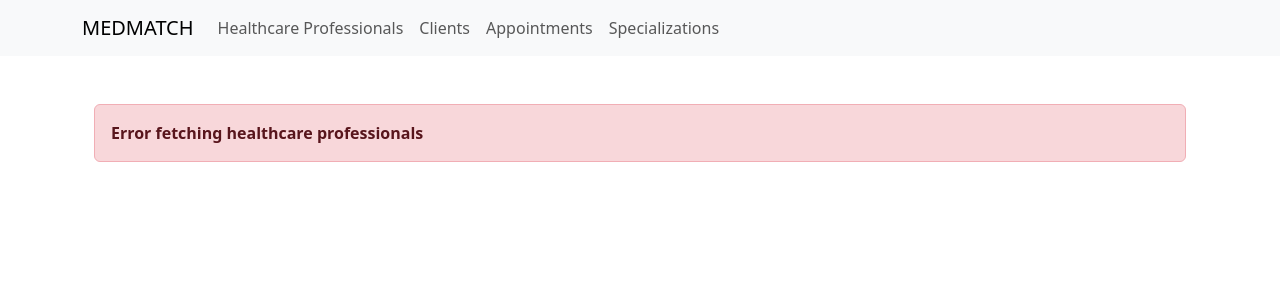
Repository: fahma20/medmatch-platform
Page: /healthcare-professionals (app in client/)
The author's editor kept a copy of each file at every save. The page is drawn from the files as they stood at one save, then again after the next save.
The browser window is 1280 px wide. The pictures show the whole page.
The page's requests for data from a server got no answer. The project was rebuilt for these pictures with package versions that can differ from the ones it lists, and the page was loaded fresh each time. No one was signed in, and anything a server would have sent is missing. Also part of the build but not shown: client/src/components/Specializations.js, client/src/components/Appointments.js, client/src/components/Clients.js, client/src/components/Homepage.js.

Above is the page before, as saved 2025-02-02 07:24:20.

### client/public/index.html
<!DOCTYPE html>
<html lang="en">
  <head>
    <meta charset="utf-8" />
    <link rel="icon" href="%PUBLIC_URL%/favicon.ico" />
    <link rel="preconnect" href="https://fonts.gstatic.com" />
    <link
      href="https://fonts.googleapis.com/css2?family=Permanent+Marker&display=swap"
      rel="stylesheet"
    />
    <meta name="viewport" content="width=device-width, initial-scale=1" />
    <meta name="theme-color" content="#000000" />
    <meta
      name="description"
      content="Web site created using create-react-app"
    />
    <link rel="apple-touch-icon" href="%PUBLIC_URL%/logo192.png" />
    <!--
      manifest.json provides metadata used when your web app is installed on a
      user's mobile device or desktop. See https://developers.google.com/web/fundamentals/web-app-manifest/
    -->
    <link rel="manifest" href="%PUBLIC_URL%/manifest.json" />
    <!--
      Notice the use of %PUBLIC_URL% in the tags above.
      It will be replaced with the URL of the `public` folder during the build.
      Only files inside the `public` folder can be referenced from the HTML.

      Unlike "/favicon.ico" or "favicon.ico", "%PUBLIC_URL%/favicon.ico" will
      work correctly both with client-side routing and a non-root public URL.
      Learn how to configure a non-root public URL by running `npm run build`.
    -->
    <title>MedMatch</title>
  </head>
  <body>
    <noscript>You need to enable JavaScript to run this app.</noscript>
    <div id="root"></div>
    <!--
      This HTML file is a template.
      If you open it directly in the browser, you will see an empty page.

      You can add webfonts, meta tags, or analytics to this file.
      The build step will place the bundled scripts into the <body> tag.

      To begin the development, run `npm start` or `yarn start`.
      To create a production bundle, use `npm run build` or `yarn build`.
    -->
  </body>
</html>

### client/src/index.js
import React from "react";
import ReactDOM from "react-dom/client";
import App from './components/App';  // Correct path to the App component

const root = ReactDOM.createRoot(document.getElementById("root"));
root.render(
  <React.StrictMode>
    <App />
  </React.StrictMode>
);

### client/src/components/App.js
import React from 'react';
import { BrowserRouter as Router, Routes, Route } from 'react-router-dom';
import 'bootstrap/dist/css/bootstrap.min.css';

import HealthcareProfessionals from './Healthcareprofessionals'; // Ensure the correct name and casing
import Specializations from './Specializations';
import Appointments from './Appointments';
import Clients from './Clients';
import Navbar from './Navbar';
import HomePage from './Homepage'; // Corrected import to HomePage

const App = () => {
  return (
    <Router>
      <Navbar /> {/* Your Navbar component */}
      <div className="container mt-5">
        <Routes>
          {/* Add HomePage as the route for the root path */}
          <Route path="/" element={<HomePage />} /> {/* Home Page */}
          <Route path="/clients" element={<Clients />} />
          <Route path="/appointments" element={<Appointments />} />
          <Route path="/specializations" element={<Specializations />} />
          <Route path="/healthcare-professionals" element={<HealthcareProfessionals />} /> {/* Healthcare Professionals Page */}
        </Routes>
      </div>
    </Router>
  );
};

export default App;

### client/src/components/Healthcareprofessionals.js
// HealthcareProfessional.js
// HealthcareProfessional.js


// HealthcareProfessionals.js
// HealthcareProfessionals.js
import React, { useState, useEffect } from 'react';
import Switch from 'react-switch';
import { Button, Form, Card,  Spinner, Alert } from 'react-bootstrap';

const HealthcareProfessional = () => {
  const [professionals, setProfessionals] = useState([]);
  const [newProfessionalName, setNewProfessionalName] = useState('');
  const [loading, setLoading] = useState(true);
  const [error, setError] = useState(null);

  useEffect(() => {
    fetchHealthcareProfessionals();
  }, []);

  // Fetch healthcare professionals, including their specializations
  const fetchHealthcareProfessionals = async () => {
    try {
      const response = await fetch('http://127.0.0.1:5000/api/healthcare_professionals');
      const data = await response.json();
      setProfessionals(data);
      setLoading(false);
    } catch (error) {
      setError('Error fetching healthcare professionals');
      setLoading(false);
    }
  };

  // Add new healthcare professional
  const handleAddProfessional = async () => {
    const newProfessional = { name: newProfessionalName, status: 'Active' }; // New professionals will be active by default
    try {
      const response = await fetch('http://127.0.0.1:5000/api/healthcare_professionals', {
        method: 'POST',
        headers: { 'Content-Type': 'application/json' },
        body: JSON.stringify(newProfessional),
      });

      if (response.ok) {
        const data = await response.json();
        setProfessionals([...professionals, data]);
        setNewProfessionalName('');
      }
    } catch (error) {
      console.error('Error adding healthcare professional', error);
    }
  };

  // Toggle the status of a healthcare professional
  const handleToggleStatus = async (id, currentStatus) => {
    const updatedStatus = currentStatus === 'Active' ? 'Inactive' : 'Active'; // Toggle status
    try {
      const response = await fetch(`http://127.0.0.1:5000/api/healthcare_professionals/${id}`, {
        method: 'PUT',
        headers: { 'Content-Type': 'application/json' },
        body: JSON.stringify({ status: updatedStatus }),
      });

      if (response.ok) {
        const updatedProfessional = await response.json();
        setProfessionals((prevProfessionals) =>
          prevProfessionals.map((professional) =>
            professional.id === id ? updatedProfessional : professional
          )
        );
      }
    } catch (error) {
      console.error('Error toggling doctor status', error);
    }
  };

  // Delete a healthcare professional
  const handleDeleteProfessional = async (id) => {
    try {
      const response = await fetch(`http://127.0.0.1:5000/api/healthcare_professionals/${id}`, {
        method: 'DELETE',
      });

      if (response.ok) {
        setProfessionals((prevProfessionals) =>
          prevProfessionals.filter((professional) => professional.id !== id)
        );
      }
    } catch (error) {
      console.error('Error deleting healthcare professional', error);
    }
  };

  if (loading) {
    return (
      <div className="container mt-5 text-center">
        <Spinner animation="border" variant="primary" />
        <p>Loading healthcare professionals...</p>
      </div>
    );
  }

  if (error) {
    return (
      <div className="container mt-5">
        <Alert variant="danger">
          <strong>{error}</strong>
        </Alert>
      </div>
    );
  }

  return (
    <div className="container mt-5">
      <h2 className="mb-4 text-center">Add Healthcare Professional</h2>

      <Form>
        <Form.Group>
          <Form.Label>Healthcare Professional Name</Form.Label>
          <Form.Control
            type="text"
            value={newProfessionalName}
            onChange={(e) => setNewProfessionalName(e.target.value)}
            required
          />
        </Form.Group>

        <Button type="button" variant="primary" onClick={handleAddProfessional}>
          Add
        </Button>
      </Form>

      {/* Healthcare Professionals List */}
      <div className="mt-4">
        <h3>Healthcare Professionals</h3>
        {professionals.length === 0 ? (
          <p>No healthcare professionals available.</p>
        ) : (
          professionals.map((professional) => (
            <Card key={professional.id} className="mb-3 shadow-sm">
              <Card.Body>
                <div className="d-flex justify-content-between align-items-center">
                  <h5 className="card-title">{professional.name}</h5>
                  <div>
                    <Button variant="light" onClick={() => handleDeleteProfessional(professional.id)} className="mr-2">
                      Delete
                    </Button>
                  </div>
                </div>

                {/* Toggle Doctor's Status */}
                <div className="d-flex align-items-center">
                  <label className="mr-2">Status: </label>
                  <Switch
                    checked={professional.status === 'Active'}
                    onChange={() => handleToggleStatus(professional.id, professional.status)}
                    offColor="#d9534f"
                    onColor="#5bc0de"
                    checkedIcon={false}
                    uncheckedIcon={false}
                    height={20}
                    width={48}
                  />
                </div>
              </Card.Body>
            </Card>
          ))
        )}
      </div>
    </div>
  );
};

export default HealthcareProfessional;

### client/src/components/Navbar.js
/*import React from 'react';
import { Link } from 'react-router-dom';

const Navbar = () => {
  return (
    <nav className="navbar navbar-expand-lg navbar-light bg-light">
      <a className="navbar-brand" href="/">MedMatch</a>
      <div className="collapse navbar-collapse">
        <ul className="navbar-nav ml-auto">
          <li className="nav-item">
            <Link className="nav-link" to="/">Healthcare Professionals</Link>
          </li>
          <li className="nav-item">
            <Link className="nav-link" to="/clients">Clients</Link>
          </li>
          <li className="nav-item">
            <Link className="nav-link" to="/appointments">Appointments</Link>
          </li>
        </ul>
      </div>
    </nav>
  );
};

export default Navbar;
*/

// Navbar.js
import React from 'react';
import { Link } from 'react-router-dom';

const Navbar = () => {
  return (
    <nav className="navbar navbar-expand-lg navbar-light bg-light">
      <div className="container">
        <Link className="navbar-brand" to="/">MEDMATCH</Link>
        <button
          className="navbar-toggler"
          type="button"
          data-bs-toggle="collapse"
          data-bs-target="#navbarNav"
          aria-controls="navbarNav"
          aria-expanded="false"
          aria-label="Toggle navigation"
        >
          <span className="navbar-toggler-icon"></span>
        </button>
        <div className="collapse navbar-collapse" id="navbarNav">
          <ul className="navbar-nav">
            <li className="nav-item">
              <Link className="nav-link" to="/healthcare-professionals">Healthcare Professionals</Link>
            </li>
            <li className="nav-item">
              <Link className="nav-link" to="/clients">Clients</Link>
            </li>
            <li className="nav-item">
              <Link className="nav-link" to="/appointments">Appointments</Link>
            </li>
            <li className="nav-item">
              <Link className="nav-link" to="/specializations">Specializations</Link>
            </li>
          </ul>
        </div>
      </div>
    </nav>
  );
};

export default Navbar;

After the next save:
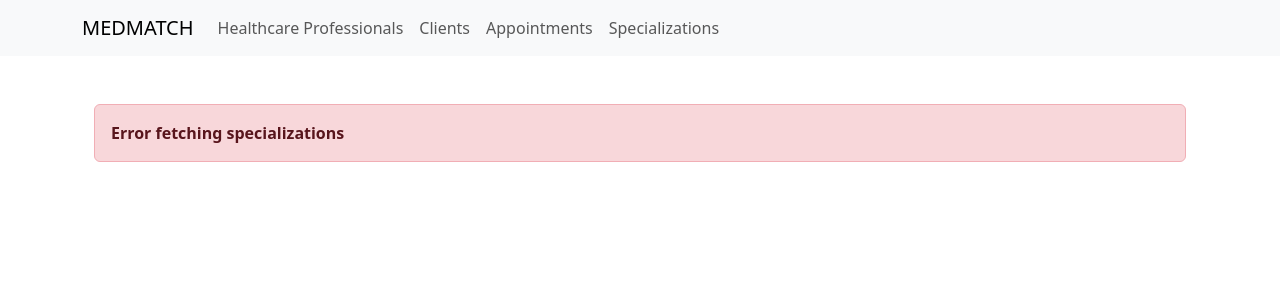
Saved 6 s later.
--- a/client/src/components/Healthcareprofessionals.js
+++ b/client/src/components/Healthcareprofessionals.js
@@ -6,16 +6,18 @@
 // HealthcareProfessionals.js
 import React, { useState, useEffect } from 'react';
 import Switch from 'react-switch';
-import { Button, Form, Card,  Spinner, Alert } from 'react-bootstrap';
+import { Button, Form, Card, ListGroup, Collapse, Spinner, Alert } from 'react-bootstrap';
 
 const HealthcareProfessional = () => {
   const [professionals, setProfessionals] = useState([]);
+  const [specializations, setSpecializations] = useState([]);
   const [newProfessionalName, setNewProfessionalName] = useState('');
   const [loading, setLoading] = useState(true);
   const [error, setError] = useState(null);
 
   useEffect(() => {
     fetchHealthcareProfessionals();
+    fetchSpecializations();
   }, []);
 
   // Fetch healthcare professionals, including their specializations
@@ -28,6 +30,17 @@
     } catch (error) {
       setError('Error fetching healthcare professionals');
       setLoading(false);
+    }
+  };
+
+  // Fetch list of specializations
+  const fetchSpecializations = async () => {
+    try {
+      const response = await fetch('http://127.0.0.1:5000/api/specializations');
+      const data = await response.json();
+      setSpecializations(data); // Assuming this returns a list of specialization names
+    } catch (error) {
+      setError('Error fetching specializations');
     }
   };
 
@@ -162,6 +175,28 @@
                     width={48}
                   />
                 </div>
+
+                {/* Show Specializations for this Doctor */}
+                <Button variant="link" className="mt-3" onClick={() => setOpen((prevState) => ({ ...prevState, [professional.id]: !prevState[professional.id] }))}>
+                  {open[professional.id] ? 'Hide Specializations' : 'Show Specializations'}
+                </Button>
+
+                <Collapse in={open[professional.id]}>
+                  <ListGroup className="mt-3">
+                    {professional.specializations && professional.specializations.length > 0 ? (
+                      professional.specializations.map((specialization) => (
+                        <ListGroup.Item key={specialization.id}>
+                          {specialization.specialization_name}
+                          <span className={`badge ml-2 ${specialization.status === 'Active' ? 'badge-success' : 'badge-secondary'}`}>
+                            {specialization.status}
+                          </span>
+                        </ListGroup.Item>
+                      ))
+                    ) : (
+                      <ListGroup.Item>No Specializations</ListGroup.Item>
+                    )}
+                  </ListGroup>
+                </Collapse>
               </Card.Body>
             </Card>
           ))

After the 3 saves that followed:
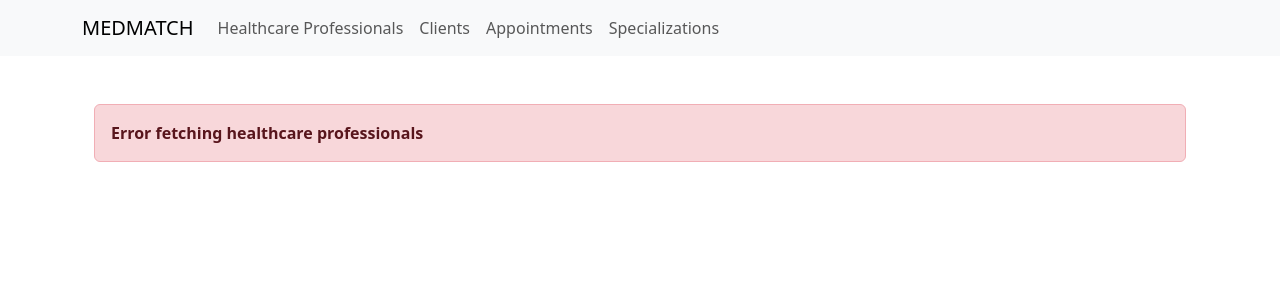
The 3 saves are shown as one change because 1 left the picture as it was and some came seconds apart.
The last was saved 3 min 11 s later.
--- a/client/src/components/Healthcareprofessionals.js
+++ b/client/src/components/Healthcareprofessionals.js
@@ -10,14 +10,13 @@
 
 const HealthcareProfessional = () => {
   const [professionals, setProfessionals] = useState([]);
-  const [specializations, setSpecializations] = useState([]);
   const [newProfessionalName, setNewProfessionalName] = useState('');
   const [loading, setLoading] = useState(true);
   const [error, setError] = useState(null);
+  const [open, setOpen] = useState({});
 
   useEffect(() => {
     fetchHealthcareProfessionals();
-    fetchSpecializations();
   }, []);
 
   // Fetch healthcare professionals, including their specializations
@@ -30,17 +29,6 @@
     } catch (error) {
       setError('Error fetching healthcare professionals');
       setLoading(false);
-    }
-  };
-
-  // Fetch list of specializations
-  const fetchSpecializations = async () => {
-    try {
-      const response = await fetch('http://127.0.0.1:5000/api/specializations');
-      const data = await response.json();
-      setSpecializations(data); // Assuming this returns a list of specialization names
-    } catch (error) {
-      setError('Error fetching specializations');
     }
   };
 
@@ -78,7 +66,7 @@
         const updatedProfessional = await response.json();
         setProfessionals((prevProfessionals) =>
           prevProfessionals.map((professional) =>
-            professional.id === id ? updatedProfessional : professional
+            professional.id === id ? { ...professional, status: updatedStatus } : professional
           )
         );
       }
